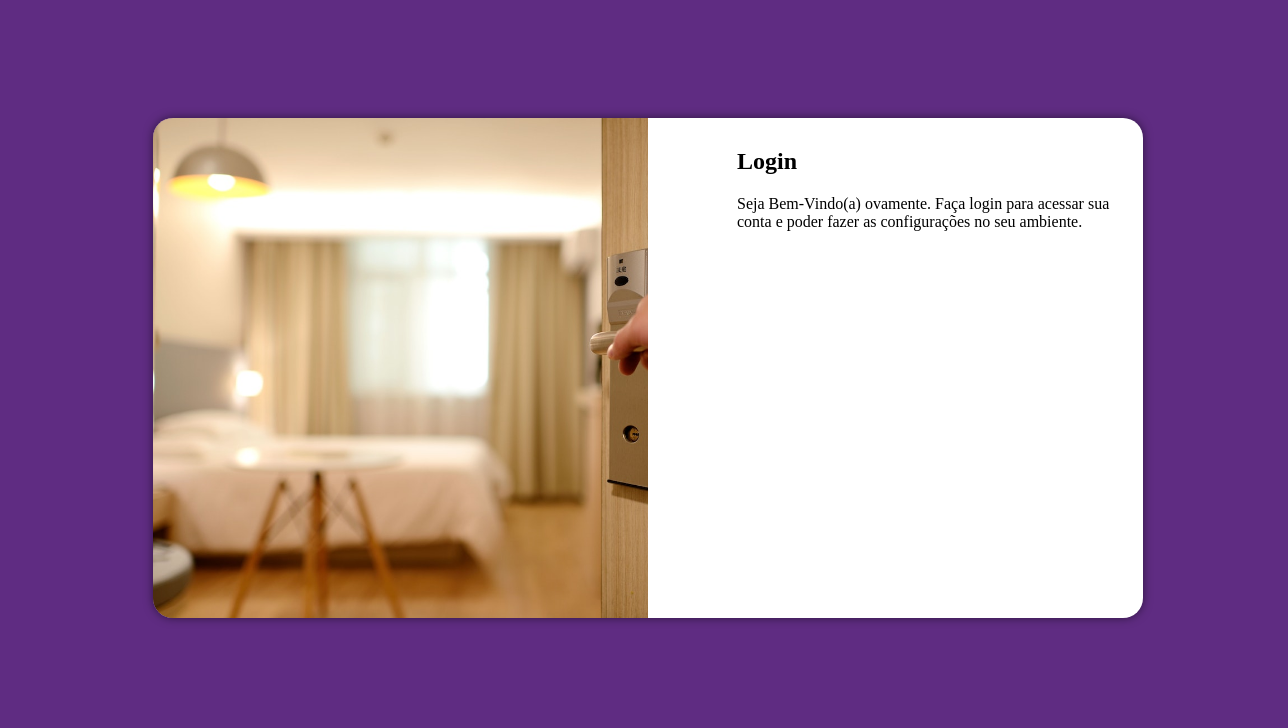
Repository: Guillermomarcon/Projeto-Login
Page: index.html
The author's editor kept a copy of each file at every save. The page is drawn from the files as they stood at one save, then again after the next save.
The browser window is 1280 px wide. The page is 1288 px wide, so the pictures cover 1288 px, including what lies to the right of the window. The pictures show the whole page.

Above is the page before, as saved 2022-09-22 18:46:33.

After the next save:
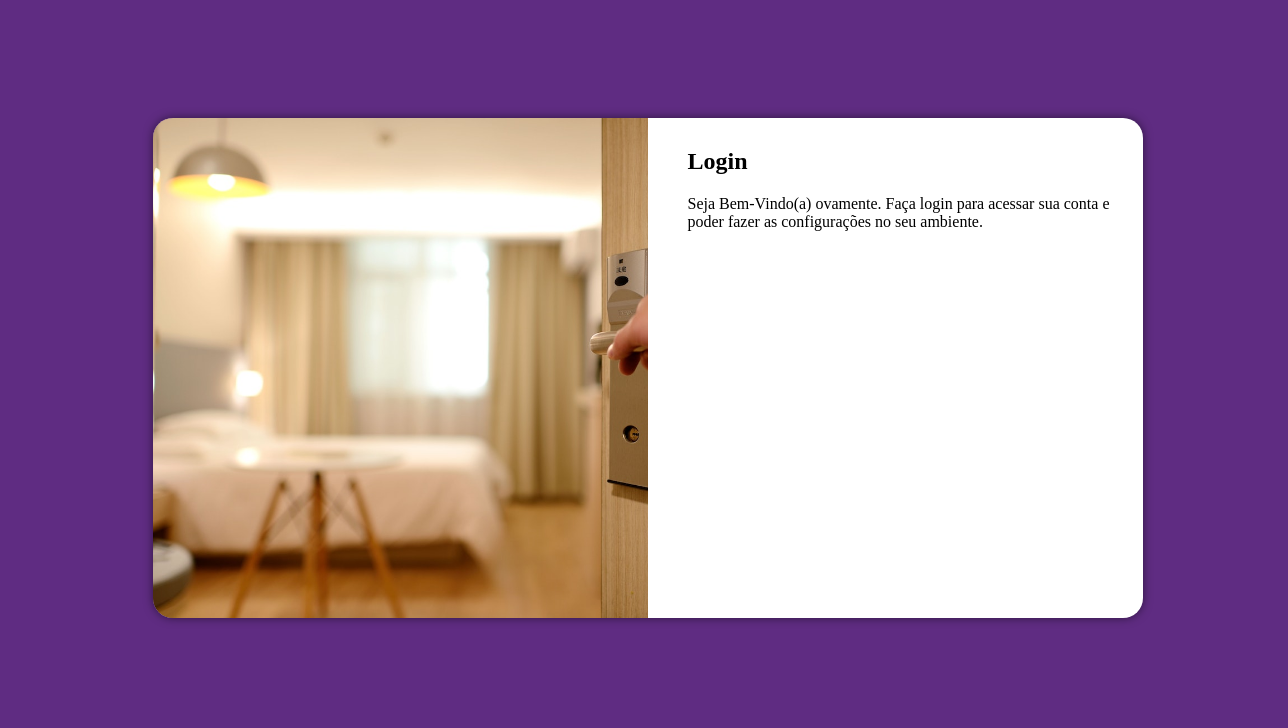
Saved 6 s later.
--- a/estilos/media-query.css
+++ b/estilos/media-query.css
@@ -40,7 +40,7 @@ Grandes - acoma de 1200px
 
     section#login > div#formulario {
         float: right;
-        width: 40%;
+        width: 45%;
     }
 
 
